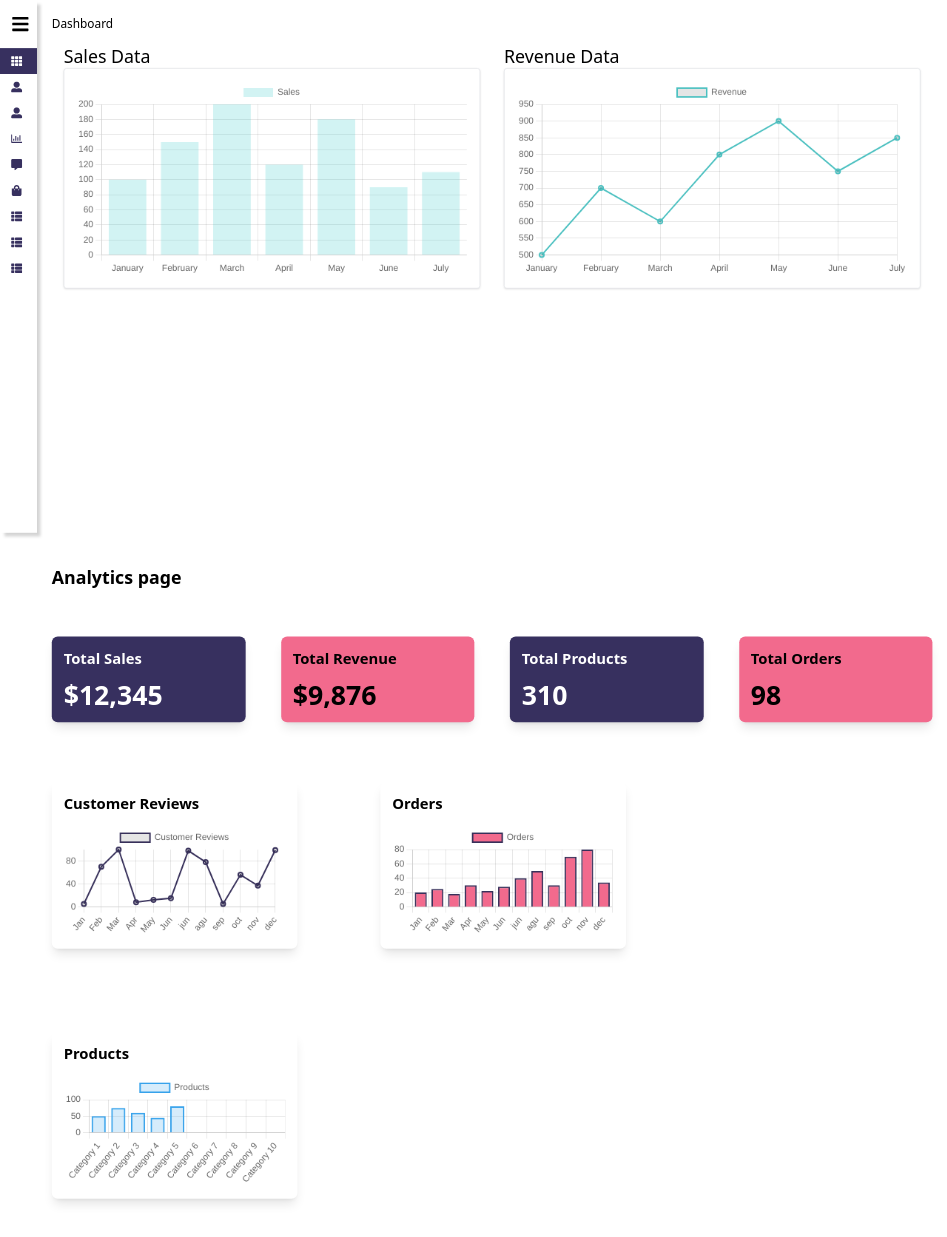
Repository: AndargWorku12/admin-dashboard
Page: /
The author's editor kept a copy of each file at every save. The page is drawn from the files as they stood at one save, then again after the next save.
The browser window is 1280 px wide. The pictures show the whole page, at 74% of full size.
The project was rebuilt for these pictures with package versions that can differ from the ones it lists, and the page was loaded fresh each time. Also part of the build but not shown: src/styles/orders.css, src/pages/OrderTable.tsx, src/pages/OrderModal.tsx, src/pages/Orders.tsx, src/pages/CategoryDropdown.tsx, src/pages/CategoryModal.tsx, src/pages/CategoryPage.tsx, src/styles/login.css and 9 more.

Above is the page before, as saved 2024-02-02 02:49:46.

After the next save:
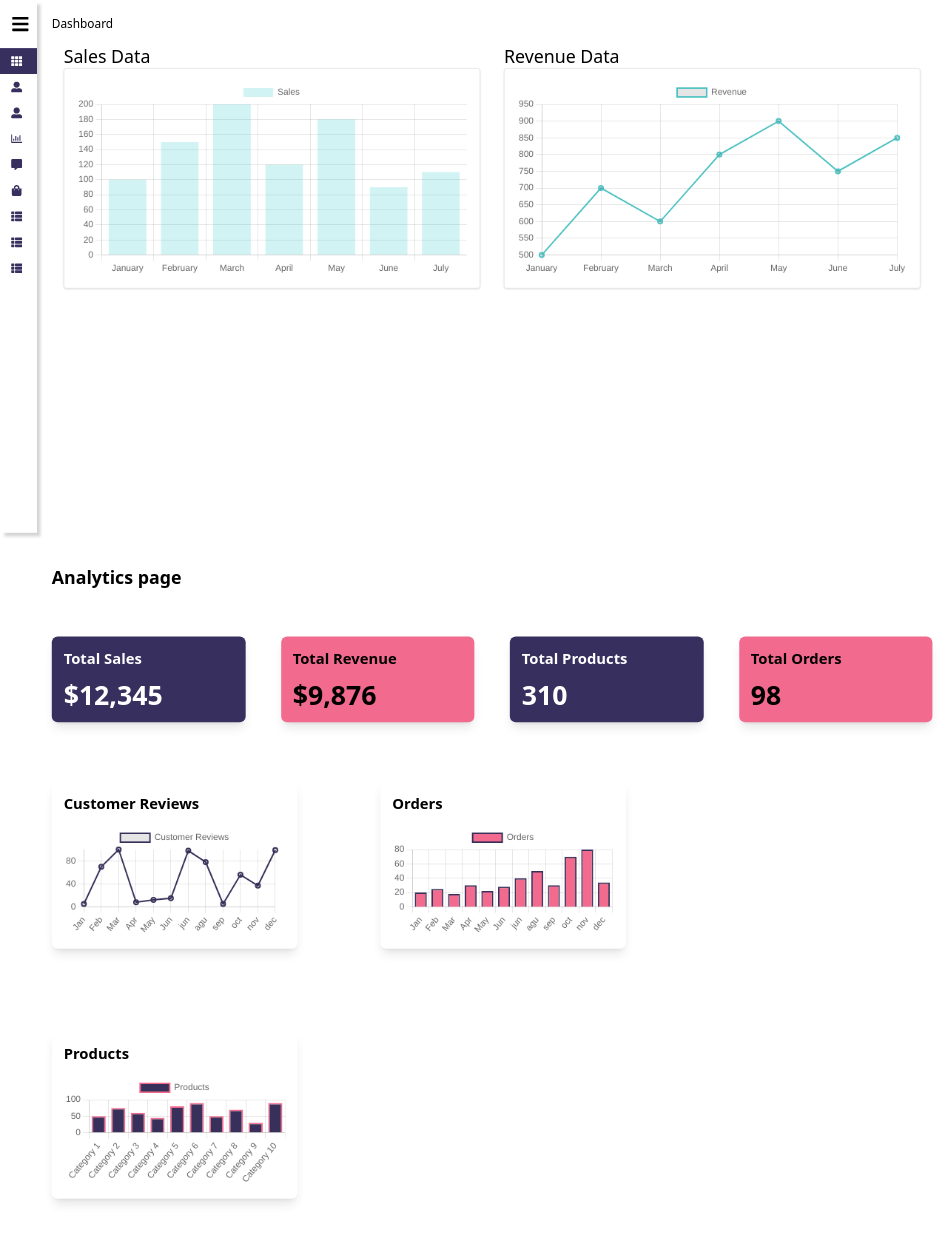
Saved 113 s later.
--- a/src/pages/Analytics.tsx
+++ b/src/pages/Analytics.tsx
@@ -38,9 +38,9 @@ const AnalyticsPage: React.FC = () => {
     datasets: [
       {
         label: 'Products',
-        data: [50, 75, 60, 45, 80],
-        backgroundColor: 'rgba(54, 162, 235, 0.2)',
-        borderColor: 'rgba(54, 162, 235, 1)',
+        data: [50, 75, 60, 45, 80,90,50,70,30,90],
+        backgroundColor: '#37305A',
+        borderColor: '#F26A8D',
         borderWidth: 2,
       },
     ],
